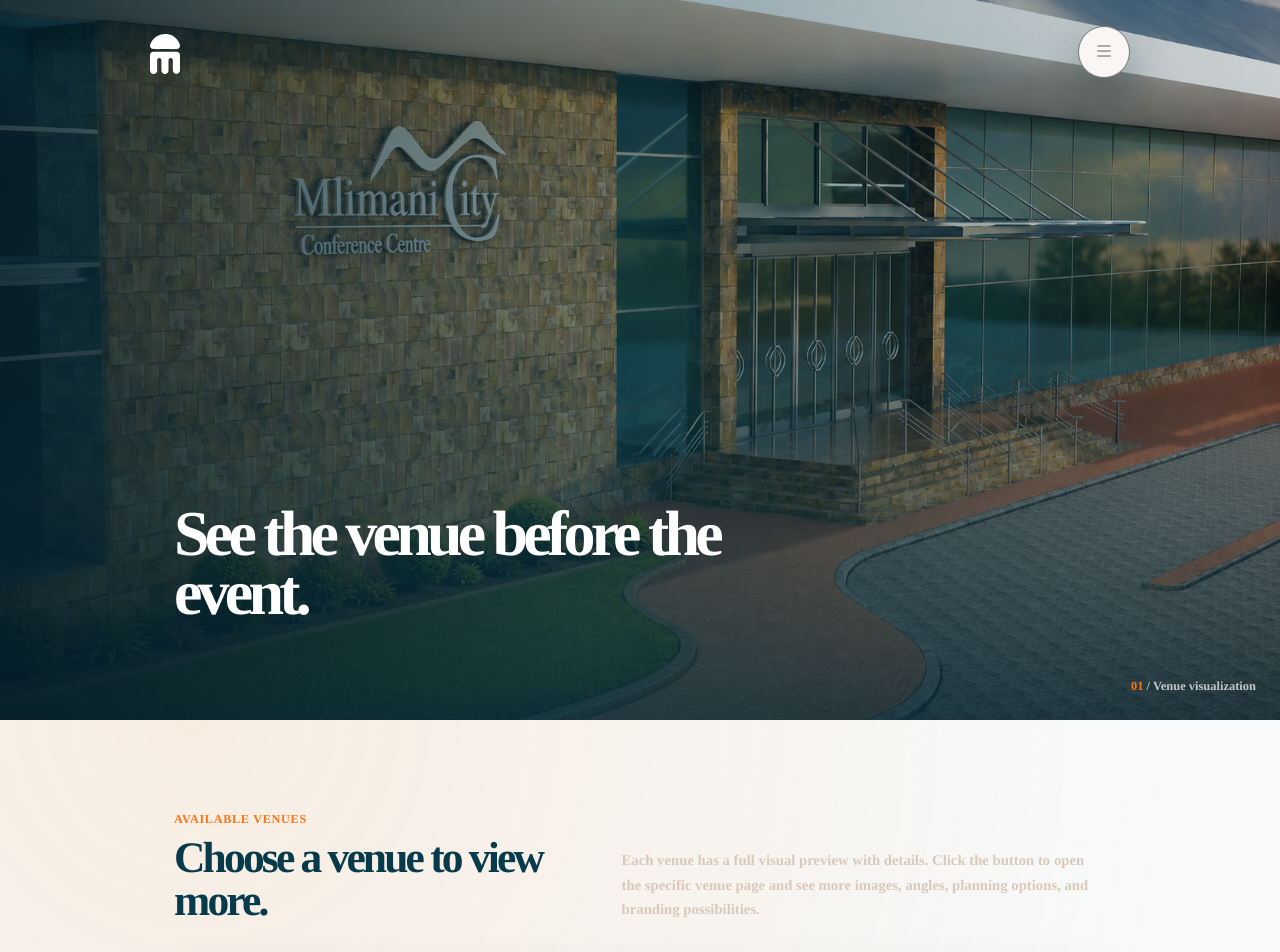
Repository: abdulprism/mustapha
Page: http://localhost/routes/venues.html
These files come from the project's save history. The page is drawn as it stood at one moment and after the next save; the edit follows.
The browser window is 1280 px wide. The pictures show the part of the page from y = 0 to 952 px (the page is 5201 px tall before and 5205 px after).
The page is run by PHP 8.4 with error messages shown; the project is at /var/www/html/.

Above is the page before, as saved 2026-05-25 00:31:46.

### routes/venues.html
<!DOCTYPE html>
<html lang="en">
<head>
  <meta charset="UTF-8" />
  <meta name="viewport" content="width=device-width, initial-scale=1.0" />

  <title>Venues — mustapha.</title>
  <meta name="description" content="3D venue models and event venue visualization in Tanzania by Abdul Mustapha Hemedi." />

  <link rel="preconnect" href="https://fonts.googleapis.com">
  <link rel="preconnect" href="https://fonts.gstatic.com" crossorigin>
  <link href="https://fonts.googleapis.com/css2?family=Manrope:wght@500;600;700;800&display=swap" rel="stylesheet">
  <link rel="stylesheet" href="https://cdn.jsdelivr.net/npm/bootstrap-icons@1.11.1/font/bootstrap-icons.css">
  <link rel="stylesheet" href="./public/css/font.css">
  <link rel="stylesheet" href="../public/css/root.css">
  <link rel="stylesheet" href="../public/css/venue.css">
</head>

<body>

   <!-- Header -->
  <header class="header" id="siteHeader">
    <div class="wide-container">
      <nav class="nav">

        <a href="index.html" class="logo">
          <img src="../public/icons/logo-white.svg" alt="">
        </a>

        <div class="menu-area">

          <div class="nav-panel" id="navPanel">
            <a href="index.php" class="active">Home</a>
            <a href="work.php">Work</a>
            <a href="#competence">Skills</a>
            <a href="./routes/venues.php">Venues</a>
            <a href="#contact">Contact</a>
          </div>

          <button class="menu-toggle" id="menuToggle" aria-label="Open menu" aria-expanded="false">
            <i class="bi bi-list icon-menu"></i>
            <i class="bi bi-x-lg icon-close"></i>
          </button>

        </div>
      </nav>
    </div>
  </header>

  <!-- Hero -->
  <section class="hero" data-header-theme="dark">

    <div class="hero-media">
      <img src="../public/img/profile/mlimani00.png" alt="3D venue model in Tanzania">
    </div>

    <div class="container hero-content-wrap">
      <div class="hero-content">
        <h1>See the venue before the event.</h1>

      </div>
    </div>

    <div class="hero-note">
      <span>01</span> / Venue visualization
    </div>
  </section>

  <!-- Venue Cards -->
  <section class="venue-list" id="venue-list" data-header-theme="light">
    <div class="container">
      <div class="venue-intro">
        <div>
          <span class="section-kicker">Available venues</span>
          <h2>Choose a venue to view more.</h2>
        </div>

        <p>
          Each venue has a full visual preview with details. Click the button to open the specific venue page
          and see more images, angles, planning options, and branding possibilities.
        </p>
      </div>

      <div class="venue-stack">

        <article class="venue-card">
          <img src="../public/img/profile/mlimani01.png" alt="Mlimani City venue model">

          <div class="venue-content">
            <small>Dar es Salaam / Exhibition venue</small>
            <h3>Mlimani City</h3>
            <p>
              Outdoor, entrance, parking, exhibition, and event branding visualization for large public events,
              activations, and exhibitions.
            </p>

            <div class="venue-tags">
              <span>Outdoor view</span>
              <span>Entrance branding</span>
              <span>Booth planning</span>
              <span>Visitor flow</span>
            </div>

            <a href="venue-mlimani-city.html" class="btn">
              View Venue <i class="bi bi-arrow-right"></i>
            </a>
          </div>
        </article>

        <article class="venue-card image-right">
          <img src="./public/img/profile/venue-serena-01.png" alt="Serena Hotel venue model">

          <div class="venue-content">
            <small>Dar es Salaam / Hotel hall</small>
            <h3>Serena Hotel</h3>
            <p>
              Premium indoor event visualization for conference setup, stage backdrop, banquet seating,
              VIP arrangement, and sponsor visibility.
            </p>

            <div class="venue-tags">
              <span>Stage setup</span>
              <span>Banquet seating</span>
              <span>LED screen</span>
              <span>VIP flow</span>
            </div>

            <a href="venue-serena-hotel.html" class="btn">
              View Venue <i class="bi bi-arrow-right"></i>
            </a>
          </div>
        </article>

        <article class="venue-card">
          <img src="./public/img/profile/venue-sabasaba-01.png" alt="SabaSaba exhibition venue model">

          <div class="venue-content">
            <small>Dar es Salaam / Trade fair venue</small>
            <h3>SabaSaba</h3>
            <p>
              Exhibition booth and brand activation planning for trade fair setups,
              public interaction spaces, product corners, and institutional booths.
            </p>

            <div class="venue-tags">
              <span>Booth design</span>
              <span>Public flow</span>
              <span>Brand walls</span>
              <span>Activation space</span>
            </div>

            <a href="venue-sabasaba.html" class="btn">
              View Venue <i class="bi bi-arrow-right"></i>
            </a>
          </div>
        </article>

        <article class="venue-card image-right">
          <img src="../public/img/profile/jnicc0.png" alt="JNICC venue model">

          <div class="venue-content">
            <small>Dar es Salaam / Conference venue</small>
            <h3>JNICC</h3>
            <p>
              Conference venue planning for stage design, sponsor branding, delegate movement,
              registration areas, and formal event presentation.
            </p>

            <div class="venue-tags">
              <span>Conference</span>
              <span>Stage branding</span>
              <span>Registration</span>
              <span>Delegate flow</span>
            </div>

            <a href="venue-jnicc.html" class="btn">
              View Venue <i class="bi bi-arrow-right"></i>
            </a>
          </div>
        </article>

        <article class="venue-card">
          <img src="./public/img/profile/venue-hotelhall-01.png" alt="Hotel hall venue model">

          <div class="venue-content">
            <small>Tanzania / Indoor hall</small>
            <h3>Hotel Halls</h3>
            <p>
              Flexible indoor venue visualization for workshops, summits, launches,
              panel sessions, registration points, and sponsor zones.
            </p>

            <div class="venue-tags">
              <span>Indoor setup</span>
              <span>Workshop</span>
              <span>Launch event</span>
              <span>Panel session</span>
            </div>

            <a href="venue-hotel-halls.html" class="btn">
              View Venue <i class="bi bi-arrow-right"></i>
            </a>
          </div>
        </article>

        <article class="venue-card image-right">
          <img src="./public/img/profile/venue-custom-01.png" alt="Custom venue model">

          <div class="venue-content">
            <small>Custom / Any location</small>
            <h3>Custom Venue Model</h3>
            <p>
              Send venue images, videos, or layout details and get a visual planning model
              for your specific event space.
            </p>

            <div class="venue-tags">
              <span>Custom model</span>
              <span>From photos</span>
              <span>Event planning</span>
              <span>3D preview</span>
            </div>

            <a href="#contact" class="btn">
              Request Model <i class="bi bi-arrow-right"></i>
            </a>
          </div>
        </article>

      </div>
    </div>
  </section>

  <!-- CTA -->
  <section class="cta" data-header-theme="light">
    <div class="cta-box">
      <div>
        <h2>Need a venue preview?</h2>
        <p>
          Send venue photos or layout. I can create a 3D visual preview for planning,
          branding, production, and client presentation.
        </p>
      </div>

      <a href="#contact" class="btn">
        Start Discussion
      </a>
    </div>
  </section>

  <!-- Footer -->
  <section class="footer-section" id="contact" data-header-theme="dark">
    <div class="container">
      <div class="footer-grid">
        <div>
          <h2>Venue planning made visible.</h2>
          <p>
            3D venue models for exhibitions, events, conferences, summits, brand activations,
            and production planning across Tanzania.
          </p>
        </div>

        <div class="footer-links">
          <a href="mailto:hello@mustapha.co.tz">
            Email
            <i class="bi bi-arrow-up-right"></i>
          </a>

          <a href="https://wa.me/255712257370" target="_blank">
            WhatsApp
            <i class="bi bi-arrow-up-right"></i>
          </a>

          <a href="index.html">
            Back to Home
            <i class="bi bi-arrow-up-right"></i>
          </a>
        </div>
      </div>

      <p class="copyright">
        © <span id="year"></span> Abdul Mustapha Hemedi. All rights reserved.
      </p>
    </div>
  </section>

  <script>
    const siteHeader = document.getElementById("siteHeader");
    const menuToggle = document.getElementById("menuToggle");
    const navLinks = document.querySelectorAll(".nav-panel a");

    menuToggle.addEventListener("click", () => {
      const isOpen = siteHeader.classList.toggle("menu-open");
      menuToggle.setAttribute("aria-expanded", isOpen ? "true" : "false");
      menuToggle.setAttribute("aria-label", isOpen ? "Close menu" : "Open menu");
    });

    navLinks.forEach(link => {
      link.addEventListener("click", () => {
        siteHeader.classList.remove("menu-open");
        menuToggle.setAttribute("aria-expanded", "false");
        menuToggle.setAttribute("aria-label", "Open menu");
      });
    });

    document.addEventListener("click", (event) => {
      if (!siteHeader.contains(event.target)) {
        siteHeader.classList.remove("menu-open");
        menuToggle.setAttribute("aria-expanded", "false");
        menuToggle.setAttribute("aria-label", "Open menu");
      }
    });

    document.addEventListener("keydown", (event) => {
      if (event.key === "Escape") {
        siteHeader.classList.remove("menu-open");
        menuToggle.setAttribute("aria-expanded", "false");
        menuToggle.setAttribute("aria-label", "Open menu");
      }
    });

    const themeSections = document.querySelectorAll("[data-header-theme]");

    function updateHeaderTheme() {
      const checkPoint = 42;

      themeSections.forEach(section => {
        const rect = section.getBoundingClientRect();

        if (rect.top <= checkPoint && rect.bottom >= checkPoint) {
          const theme = section.dataset.headerTheme;

          if (theme === "light") {
            siteHeader.classList.add("on-light");
          } else {
            siteHeader.classList.remove("on-light");
          }
        }
      });
    }

    window.addEventListener("scroll", updateHeaderTheme);
    window.addEventListener("resize", updateHeaderTheme);
    updateHeaderTheme();

    document.getElementById("year").textContent = new Date().getFullYear();
  </script>

</body>
</html>

### public/css/font.css
/* Nunito Font Family */

@font-face {
  font-family: "Nunito";
  src: url("../fonts/Nunito/static/Nunito-ExtraLight.ttf") format("truetype");
  font-weight: 200;
  font-style: normal;
  font-display: swap;
}

@font-face {
  font-family: "Nunito";
  src: url("../fonts/Nunito/static/Nunito-ExtraLightItalic.ttf") format("truetype");
  font-weight: 200;
  font-style: italic;
  font-display: swap;
}

@font-face {
  font-family: "Nunito";
  src: url("../fonts/Nunito/static/Nunito-Light.ttf") format("truetype");
  font-weight: 300;
  font-style: normal;
  font-display: swap;
}

@font-face {
  font-family: "Nunito";
  src: url("../fonts/Nunito/static/Nunito-LightItalic.ttf") format("truetype");
  font-weight: 300;
  font-style: italic;
  font-display: swap;
}

@font-face {
  font-family: "Nunito";
  src: url("../fonts/Nunito/static/Nunito-Regular.ttf") format("truetype");
  font-weight: 400;
  font-style: normal;
  font-display: swap;
}

@font-face {
  font-family: "Nunito";
  src: url("../fonts/Nunito/static/Nunito-Italic.ttf") format("truetype");
  font-weight: 400;
  font-style: italic;
  font-display: swap;
}

@font-face {
  font-family: "Nunito";
  src: url("../fonts/Nunito/static/Nunito-Medium.ttf") format("truetype");
  font-weight: 500;
  font-style: normal;
  font-display: swap;
}

@font-face {
  font-family: "Nunito";
  src: url("../fonts/Nunito/static/Nunito-MediumItalic.ttf") format("truetype");
  font-weight: 500;
  font-style: italic;
  font-display: swap;
}

@font-face {
  font-family: "Nunito";
  src: url("../fonts/Nunito/static/Nunito-SemiBold.ttf") format("truetype");
  font-weight: 600;
  font-style: normal;
  font-display: swap;
}

@font-face {
  font-family: "Nunito";
  src: url("../fonts/Nunito/static/Nunito-SemiBoldItalic.ttf") format("truetype");
  font-weight: 600;
  font-style: italic;
  font-display: swap;
}

@font-face {
  font-family: "Nunito";
  src: url("../fonts/Nunito/static/Nunito-Bold.ttf") format("truetype");
  font-weight: 700;
  font-style: normal;
  font-display: swap;
}

@font-face {
  font-family: "Nunito";
  src: url("../fonts/Nunito/static/Nunito-BoldItalic.ttf") format("truetype");
  font-weight: 700;
  font-style: italic;
  font-display: swap;
}

@font-face {
  font-family: "Nunito";
  src: url("../fonts/Nunito/static/Nunito-ExtraBold.ttf") format("truetype");
  font-weight: 800;
  font-style: normal;
  font-display: swap;
}

@font-face {
  font-family: "Nunito";
  src: url("../fonts/Nunito/static/Nunito-ExtraBoldItalic.ttf") format("truetype");
  font-weight: 800;
  font-style: italic;
  font-display: swap;
}

@font-face {
  font-family: "Nunito";
  src: url("../fonts/Nunito/static/Nunito-Black.ttf") format("truetype");
  font-weight: 900;
  font-style: normal;
  font-display: swap;
}

@font-face {
  font-family: "Nunito";
  src: url("../fonts/Nunito/static/Nunito-BlackItalic.ttf") format("truetype");
  font-weight: 900;
  font-style: italic;
  font-display: swap;
}

### public/css/root.css

    :root {
      --brand: #073B4C;
      --brand-dark: #797878;
      --brand-hover: #0A4F66;
      --brand-soft: #EAF3F6;

      --accent: #FD7316;
      --accent-hover: #FF9F3F;
      --accent-soft: #FFF0E3;

      --page: #F5F7F8;
      --white: #FFFFFF;
      --text: #101820;
      --muted: #DAC9BA;
      --line: #DDE7EA;

      --max: 980px;
      --wide: 1360px;
      --radius: 8px;
      --ease: cubic-bezier(.2, .8, .2, 1);
    }

    body {
      background: var(--page);
      color: var(--text);
      overflow-x: hidden;
      -webkit-font-smoothing: antialiased;
      text-rendering: geometricPrecision;
    }

Loaded but not shown: public/icons/logo-white.svg (1 lines, source omitted); public/css/venue.css (844 lines, source omitted)

After the next save:
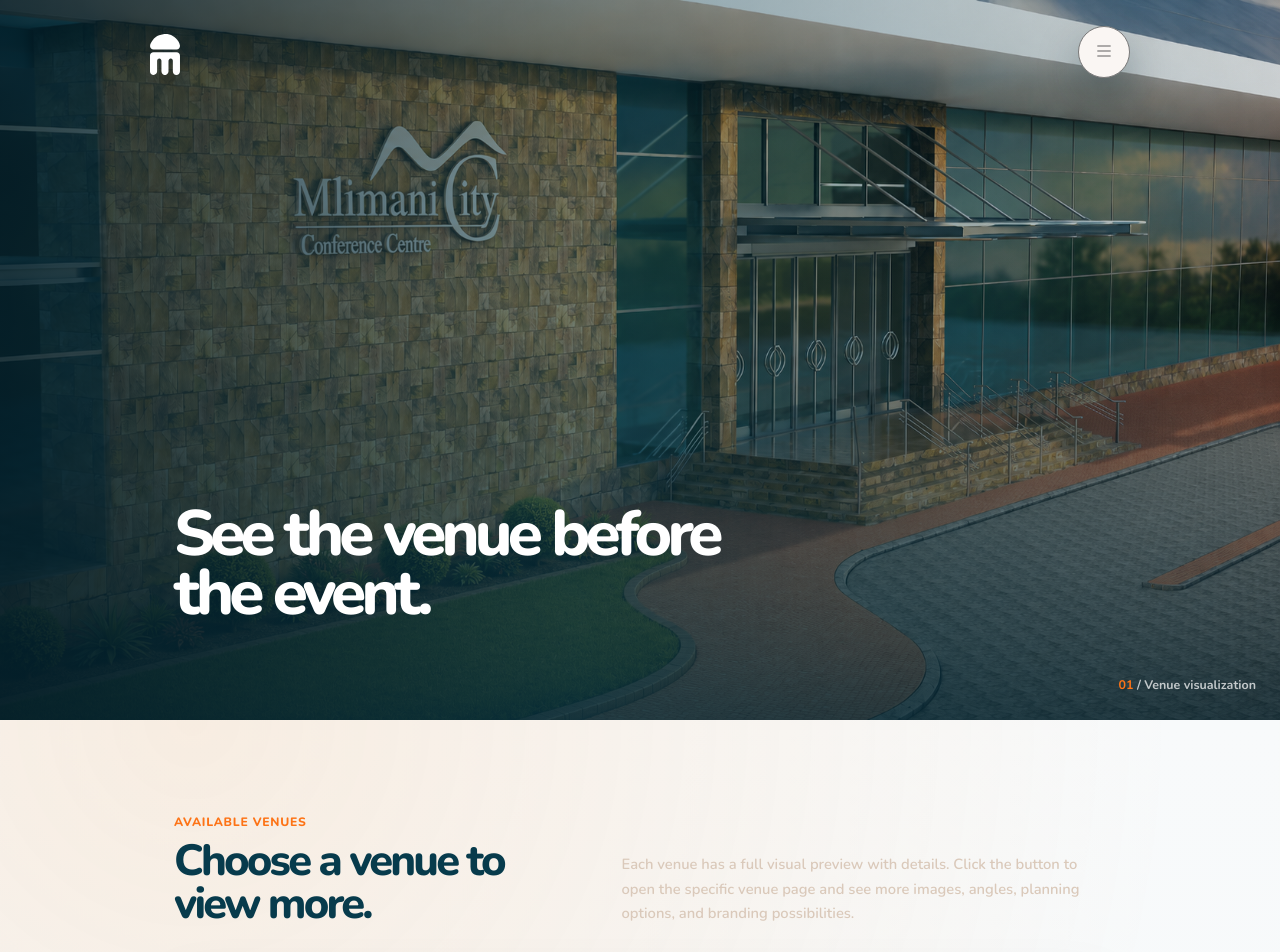
Saved 17 s later.
--- a/public/css/root.css
+++ b/public/css/root.css
@@ -22,9 +22,10 @@
     }
 
     body {
-      background: var(--page);
-      color: var(--text);
-      overflow-x: hidden;
-      -webkit-font-smoothing: antialiased;
-      text-rendering: geometricPrecision;
+        background: var(--page);
+        color: var(--text);
+        overflow-x: hidden;
+        -webkit-font-smoothing: antialiased;
+        text-rendering: geometricPrecision;
+        font-family: "Nunito";
     }
